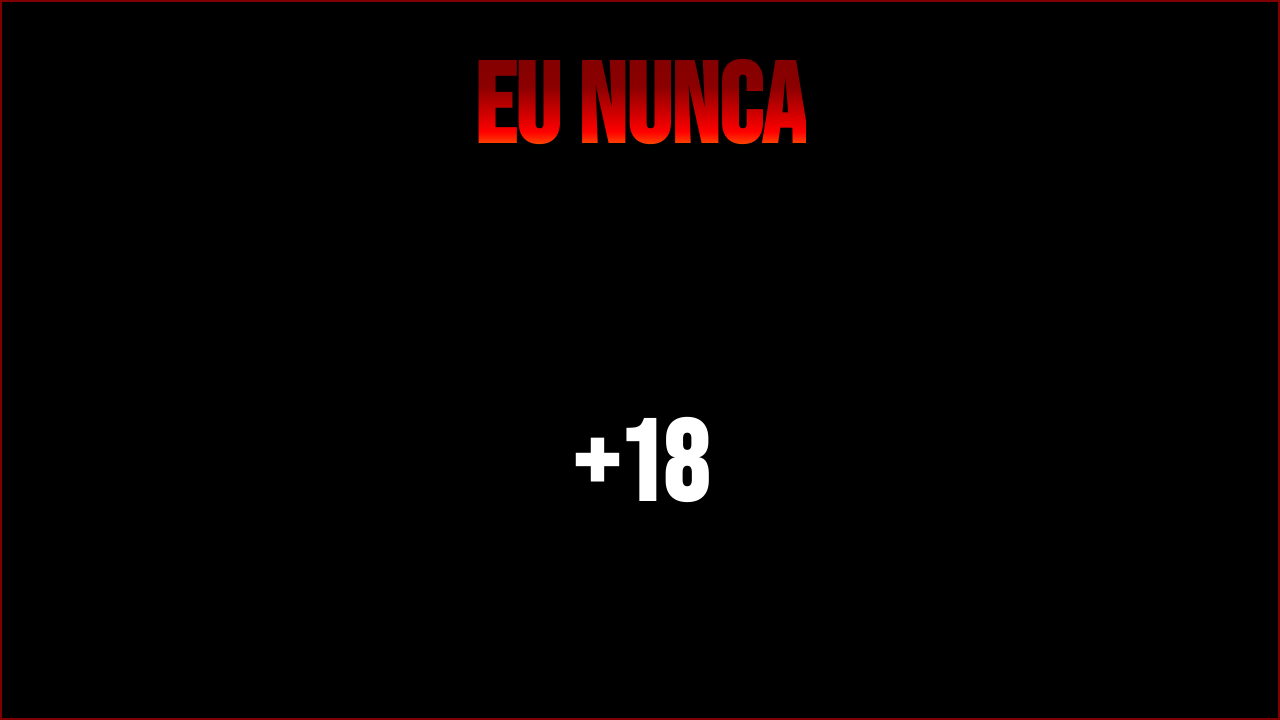
Repository: odiloalmeida/inever
Page: index.html
An editor plug-in stored every save of this project. The page is shown before and after the next save, followed by the edit.
The browser window is 1280 px wide. The pictures show the whole page.

Above is the page before, as saved 2023-01-31 22:39:20.

After the next save:
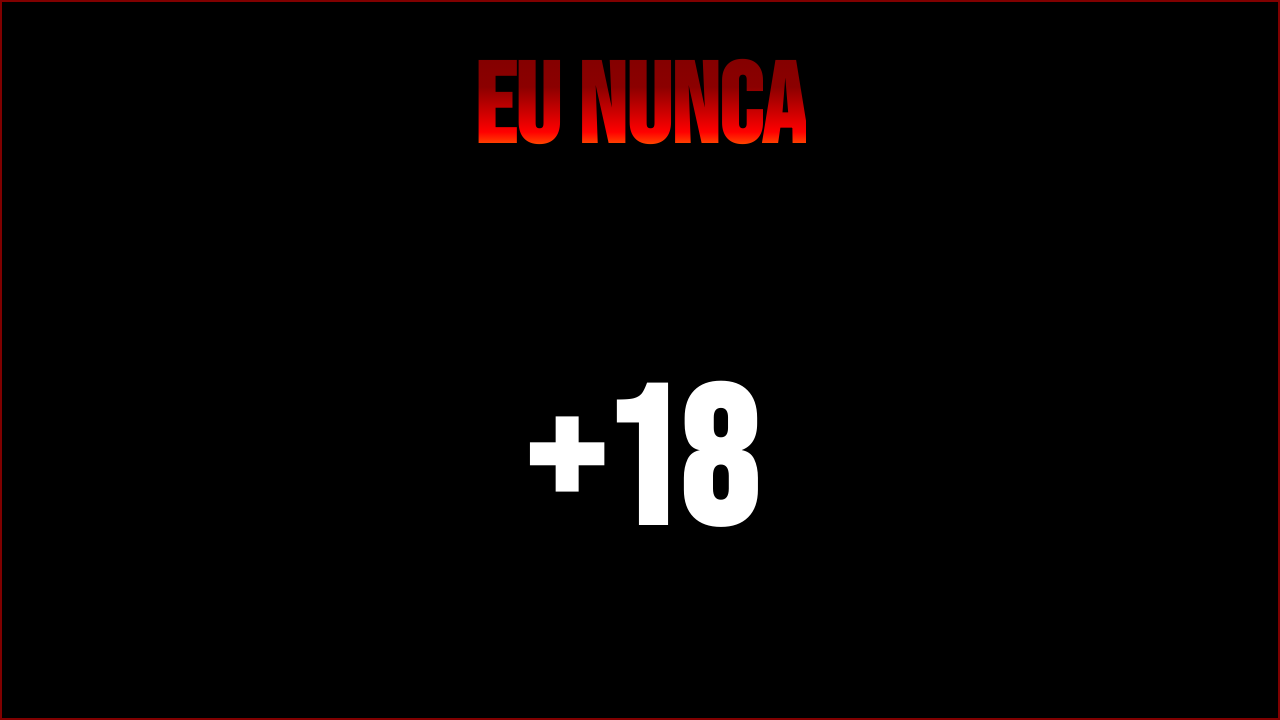
Saved 39 s later.
--- a/style.css
+++ b/style.css
@@ -49,5 +49,5 @@ button {
 
 button span {
     color: #fff;
-    font-size: 7rem;
+    font-size: 12rem;
 }
